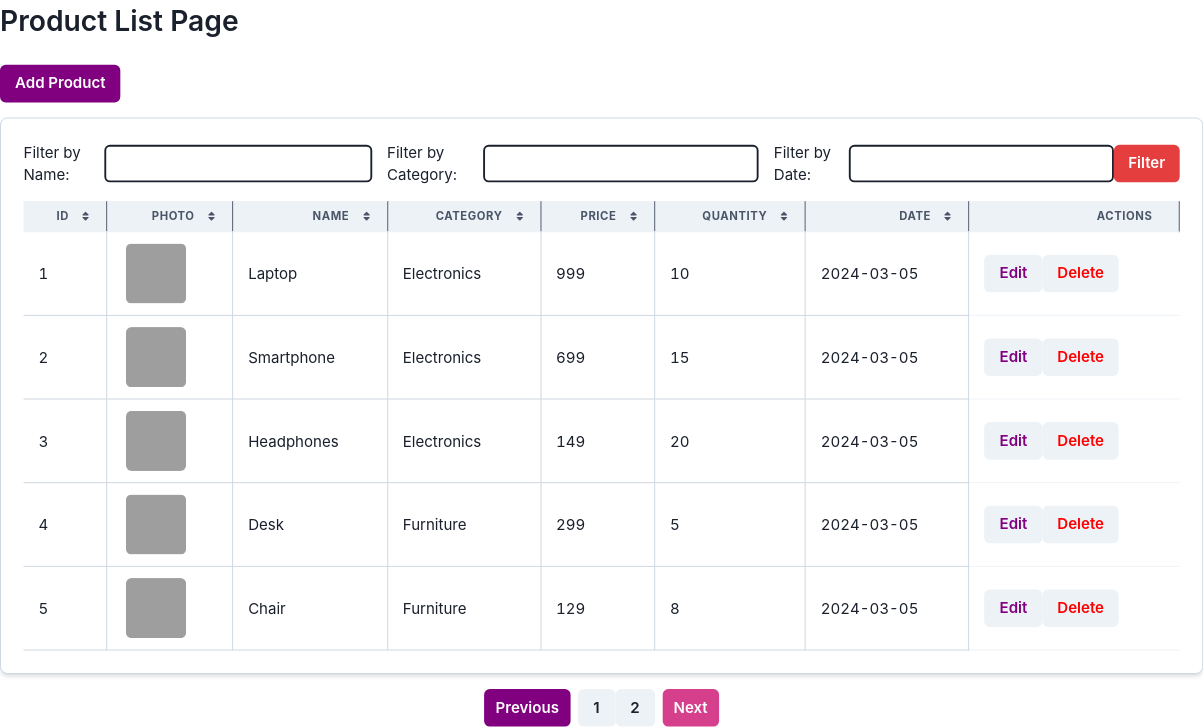
Repository: Andarg01/chakra-dashboard
Page: /
The author's editor kept a copy of each file at every save. The page is drawn from the files as they stood at one save, then again after the next save.
The browser window is 1280 px wide. The pictures show the whole page, at 94% of full size.
Pictures or frames that could not be fetched are drawn as grey boxes. The project was rebuilt for these pictures with package versions that can differ from the ones it lists, and the page was loaded fresh each time. Also part of the build but not shown: src/ProductModal.tsx.

Above is the page before, as saved 2024-03-06 02:08:51.

After the next save:
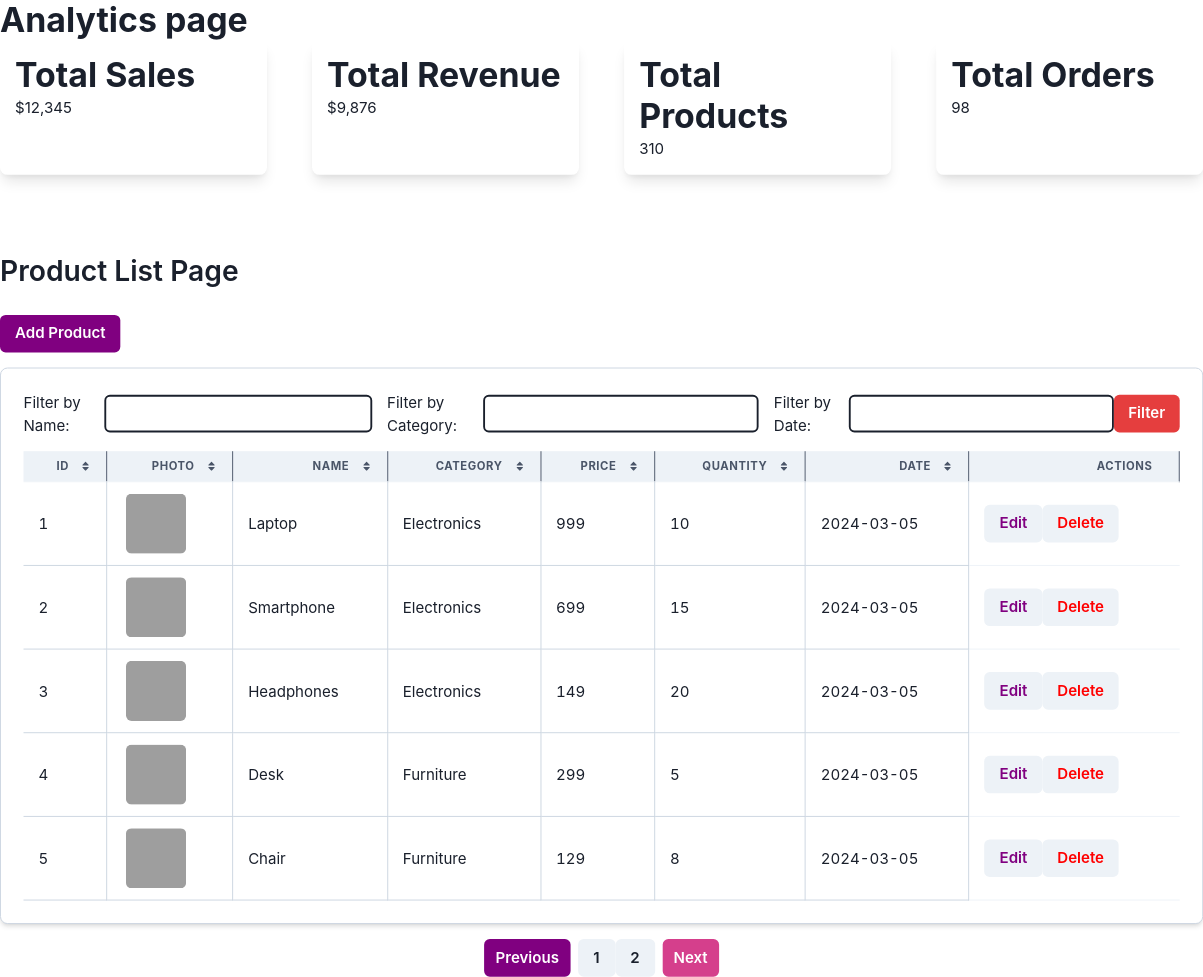
Saved 38 s later.
--- a/src/App.tsx
+++ b/src/App.tsx
@@ -1,6 +1,7 @@
 import React from 'react'
 // import PermissionPage from './PermissionPage'
 import ProductList from './ProductList'
+import AnalyticsPage from './pages/AnalyticsPage'
 
 
 
@@ -8,7 +9,7 @@
   return (
     <div>
       {/* <PermissionPage/> */}
-
+     <AnalyticsPage/>
       <ProductList/>
 
     </div>

After the save that followed:
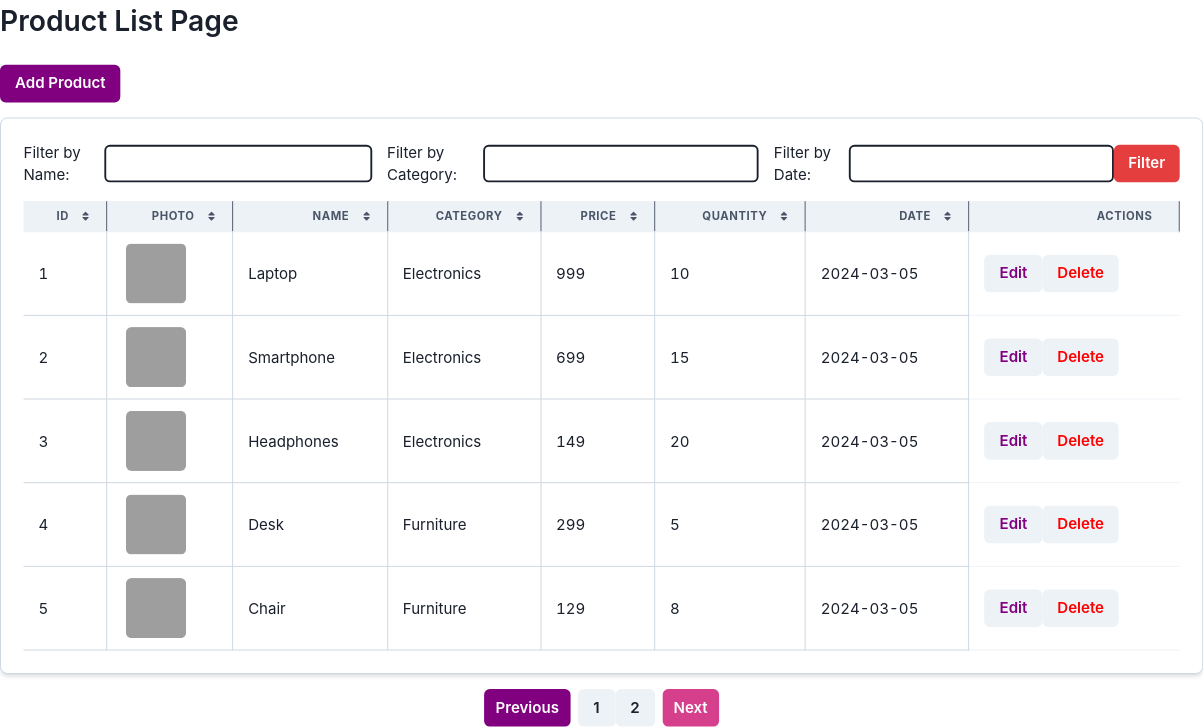
Saved 34 s later.
--- a/src/App.tsx
+++ b/src/App.tsx
@@ -9,7 +9,7 @@
   return (
     <div>
       {/* <PermissionPage/> */}
-     <AnalyticsPage/>
+     {/* <AnalyticsPage/> */}
       <ProductList/>
 
     </div>
